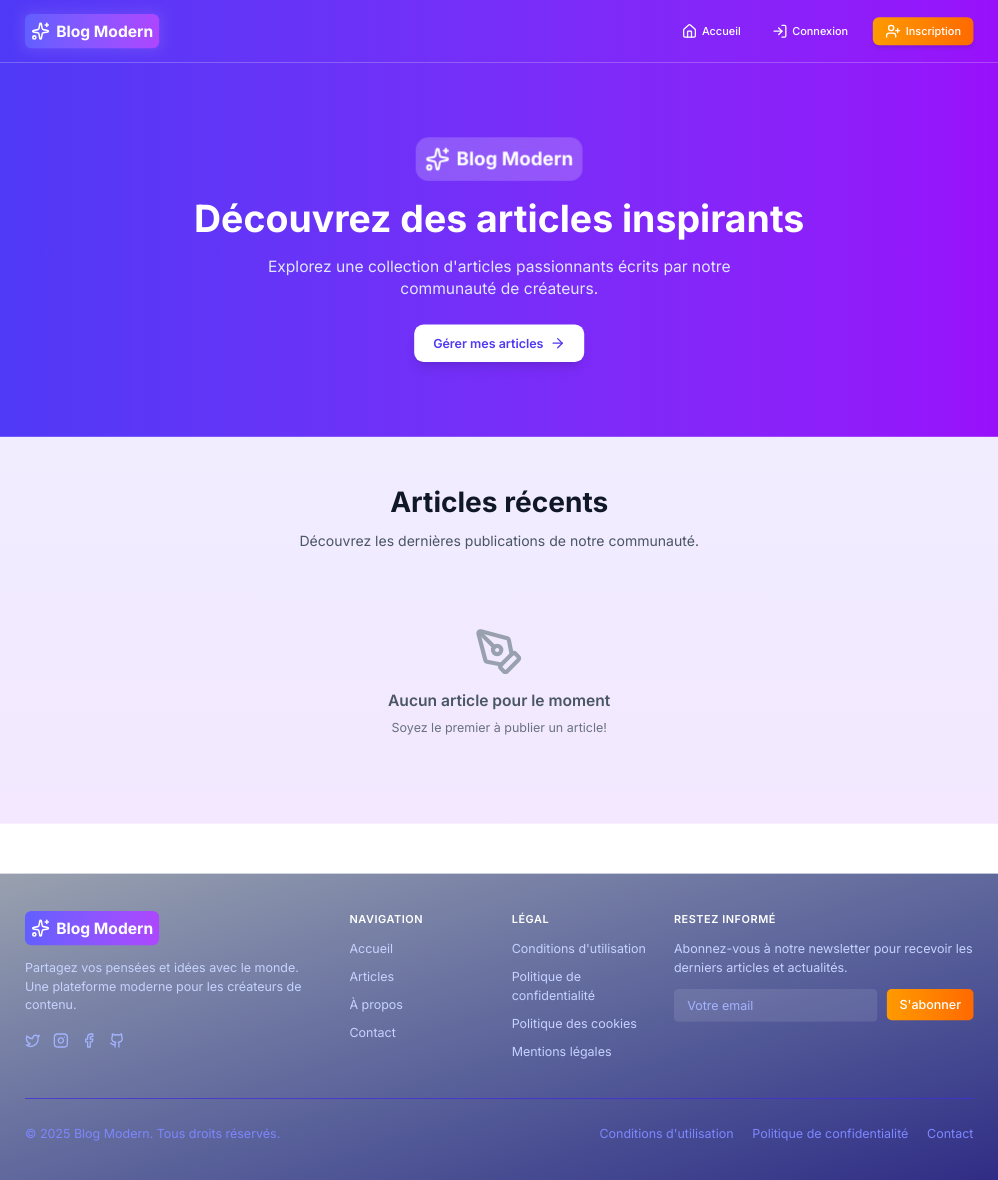
Repository: lamatmed/blognextjsapi
Page: /
The author's editor kept a copy of each file at every save. The page is drawn from the files as they stood at one save, then again after the next save.
The browser window is 1280 px wide. The pictures show the whole page, at 78% of full size.
The page's requests for data from a server got no answer. The project was rebuilt for these pictures with package versions that can differ from the ones it lists, and the page was loaded fresh each time. The framework's server and built-in components were replaced by stand-ins that run in the browser. No one was signed in, and anything a server would have sent is missing. Also part of the build but not shown: next.config.ts.

Above is the page before, as saved 2025-08-25 11:48:40.

After the next save:
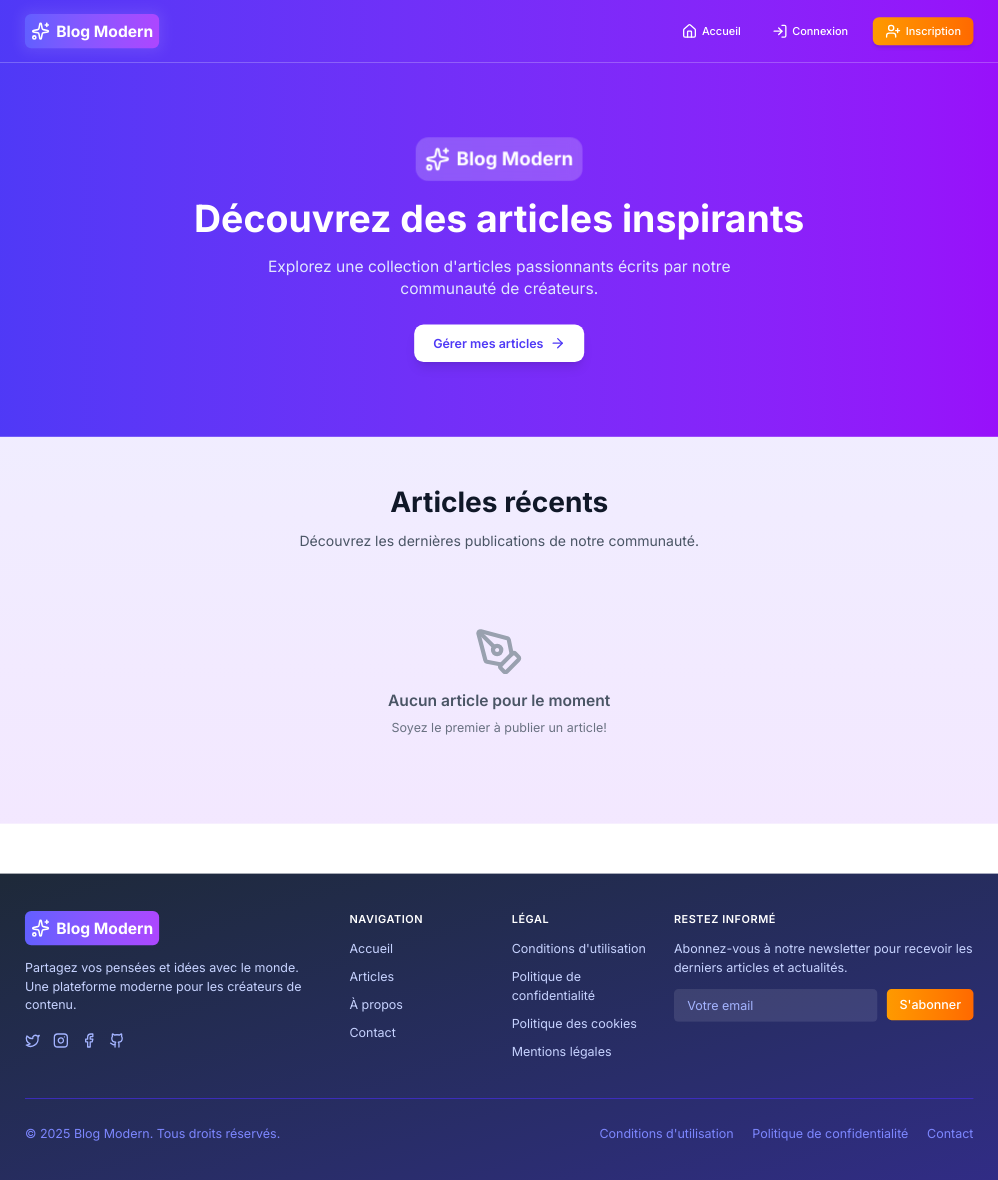
Saved 16 s later.
--- a/app/components/Footer.tsx
+++ b/app/components/Footer.tsx
@@ -3,7 +3,7 @@ import { Facebook, Github, Instagram, Sparkles, Twitter } from "lucide-react";
 
 export default function Footer() {
   return (
-    <footer className="bg-gradient-to-br from-gray-400 to-indigo-900 text-white mt-16">
+    <footer className="bg-gradient-to-br from-gray-800 to-indigo-900 text-white mt-16">
       <div className="max-w-7xl mx-auto px-4 sm:px-6 lg:px-8 py-12">
         <div className="grid grid-cols-1 md:grid-cols-3 gap-8">
           {/* Brand Section */}
